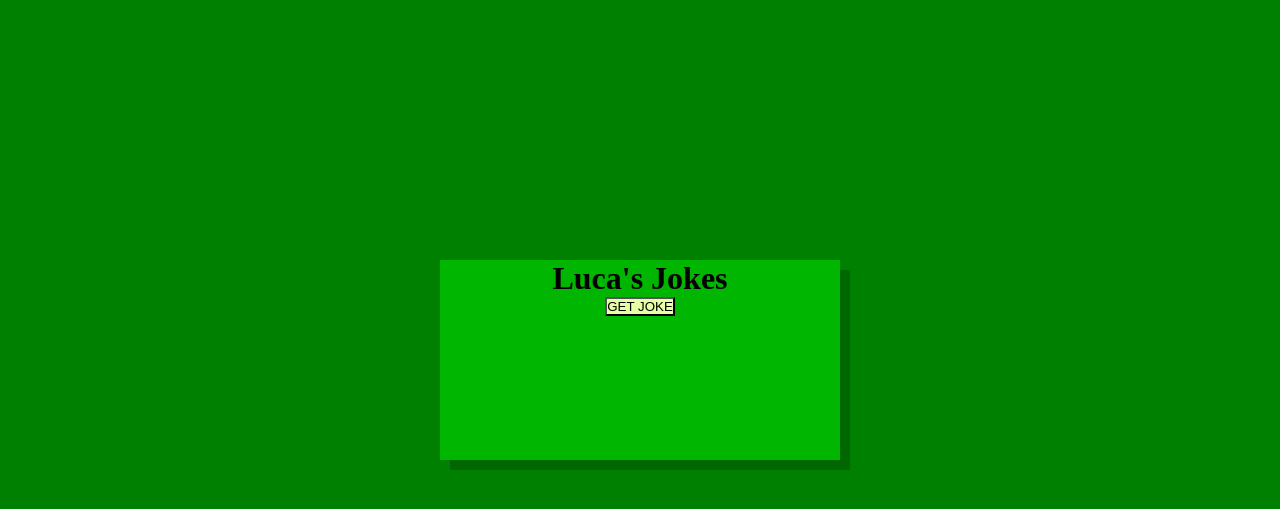
Repository: SerbanLuca/ChuckNorrisJokes-app
Page: /
The author's editor kept a copy of each file at every save. The page is drawn from the files as they stood at one save, then again after the next save.
The browser window is 1280 px wide. The pictures show the whole page.
The page's requests for data from a server got no answer. The project was rebuilt for these pictures with package versions that can differ from the ones it lists, and the page was loaded fresh each time. No one was signed in, and anything a server would have sent is missing.

Above is the page before, as saved 2021-04-07 13:59:05.

After the next save:
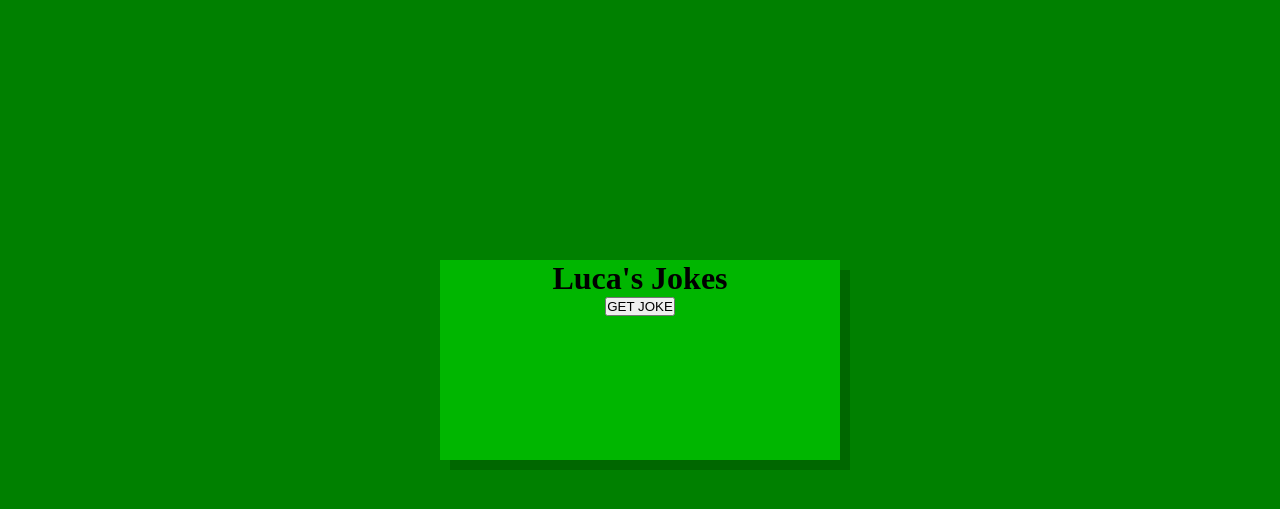
Saved 3 min 23 s later.
--- a/src/App.js
+++ b/src/App.js
@@ -24,7 +24,7 @@ function App() {
       <div className="container">
         <h1>Luca's Jokes</h1>
         <p>{joke}</p>
-        <button className="button" onClick={getJoke}>GET JOKE</button>
+        <button onClick={getJoke}>GET JOKE</button>
       </div>
     </>
   );
